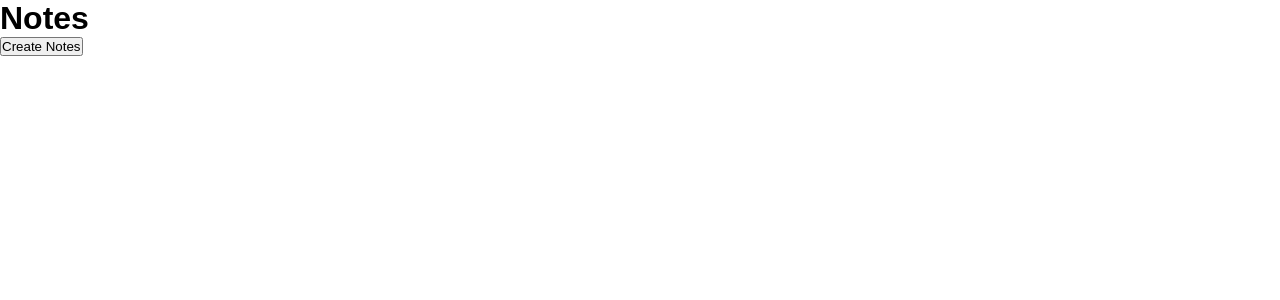
Repository: jadon1281/Imersion_Project
Page: Task2/Note_APP/index.html
The author's editor kept a copy of each file at every save. The page is drawn from the files as they stood at one save, then again after a run of saves.
The browser window is 1280 px wide. The pictures show the whole page.

Above is the page before, as saved 2025-06-12 09:37:13.

After the next 2 saves:
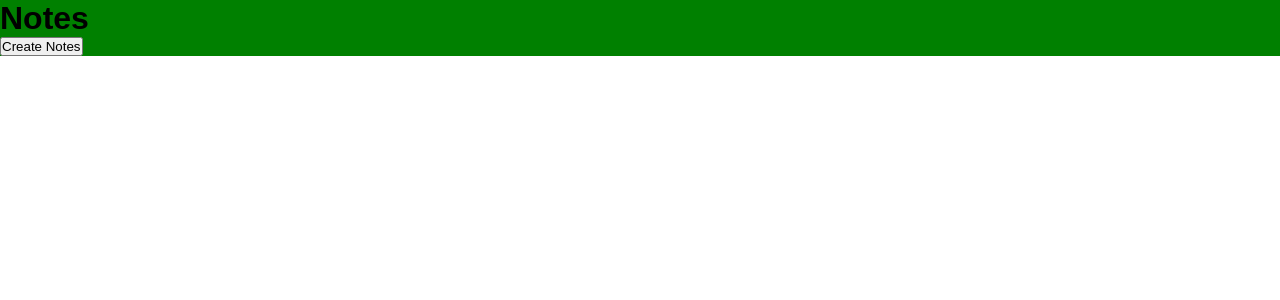
The 2 saves are shown as one change because they came seconds apart.
The last was saved 22 s later.
--- a/Task2/Note_APP/style.css
+++ b/Task2/Note_APP/style.css
@@ -7,5 +7,5 @@
 .container{
     width: 100%;
     min-height: 100vth;
-    background-color:lin;
+    background-color:green;
 }
